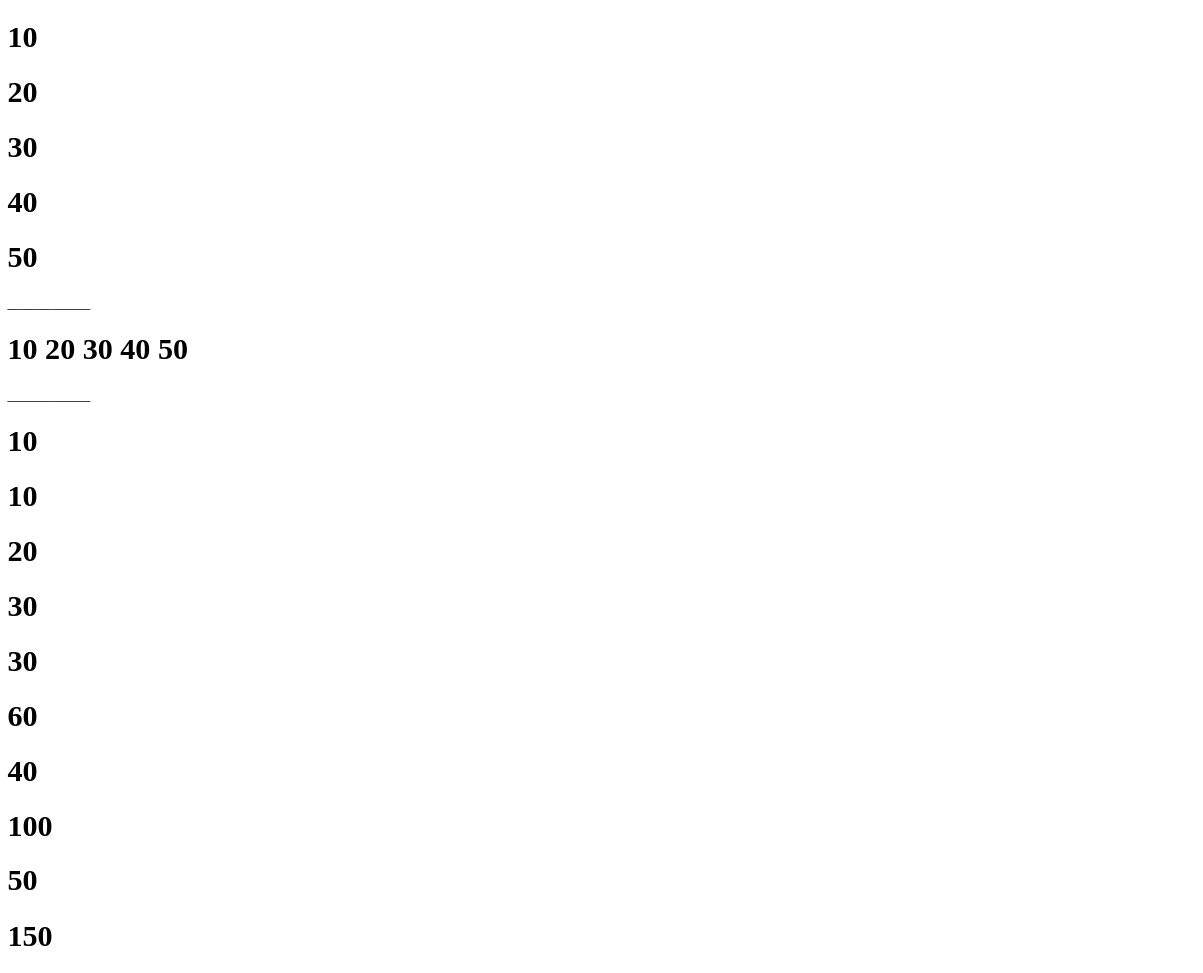
Repository: BEOMJINI/greenJsp
Page: http://localhost/basic/기본.jsp
An editor plug-in stored every save of this project. The page is shown before and after the next save, followed by the edit.
The browser window is 1280 px wide. The pictures show the whole page, at 94% of full size.
The page is served by Tomcat 9.

Above is the page before, as saved 2023-02-21 14:48:06.

After the next save:
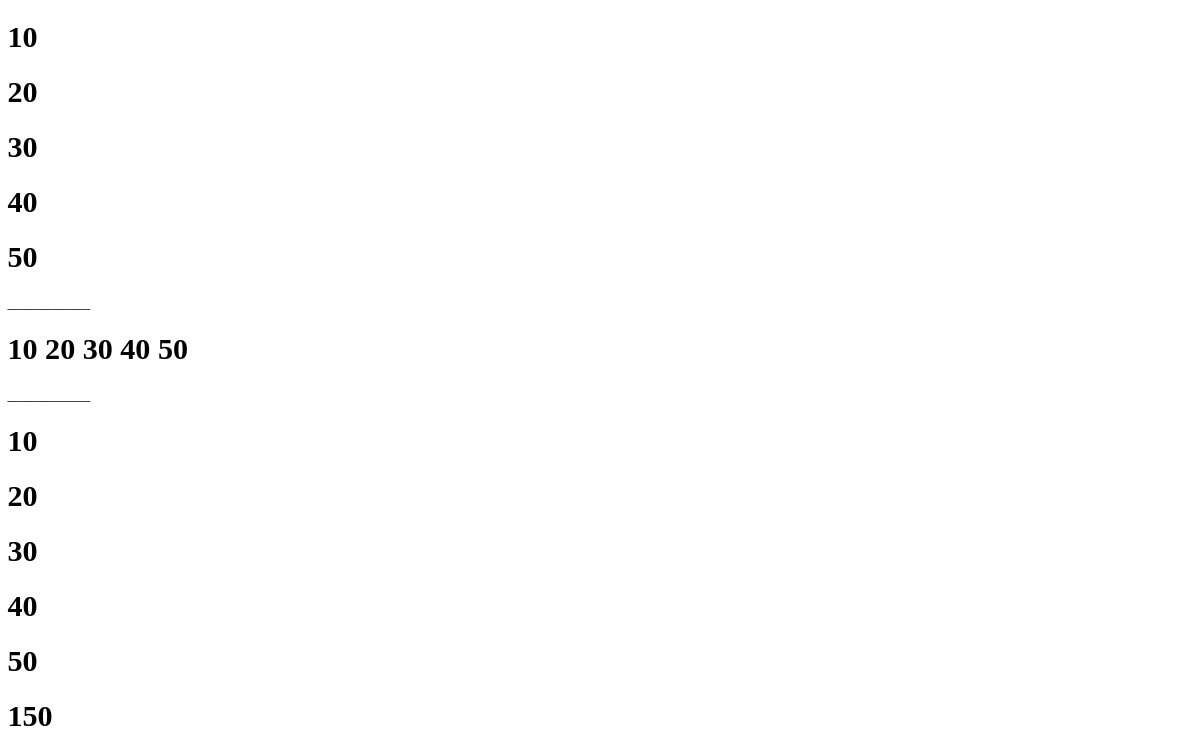
Saved 40 s later.
--- a/jspWorkspace/basic/src/main/webapp/기본.jsp
+++ b/jspWorkspace/basic/src/main/webapp/기본.jsp
@@ -55,10 +55,10 @@ for(int i =0; i < arr.length; i++){
 %>
 
 <h1> <%=arr[i] %></h1>
-<h1><%=sum %></h1>
 <%
 }
  %>
+<h1><%=sum %></h1>
 
 
 
